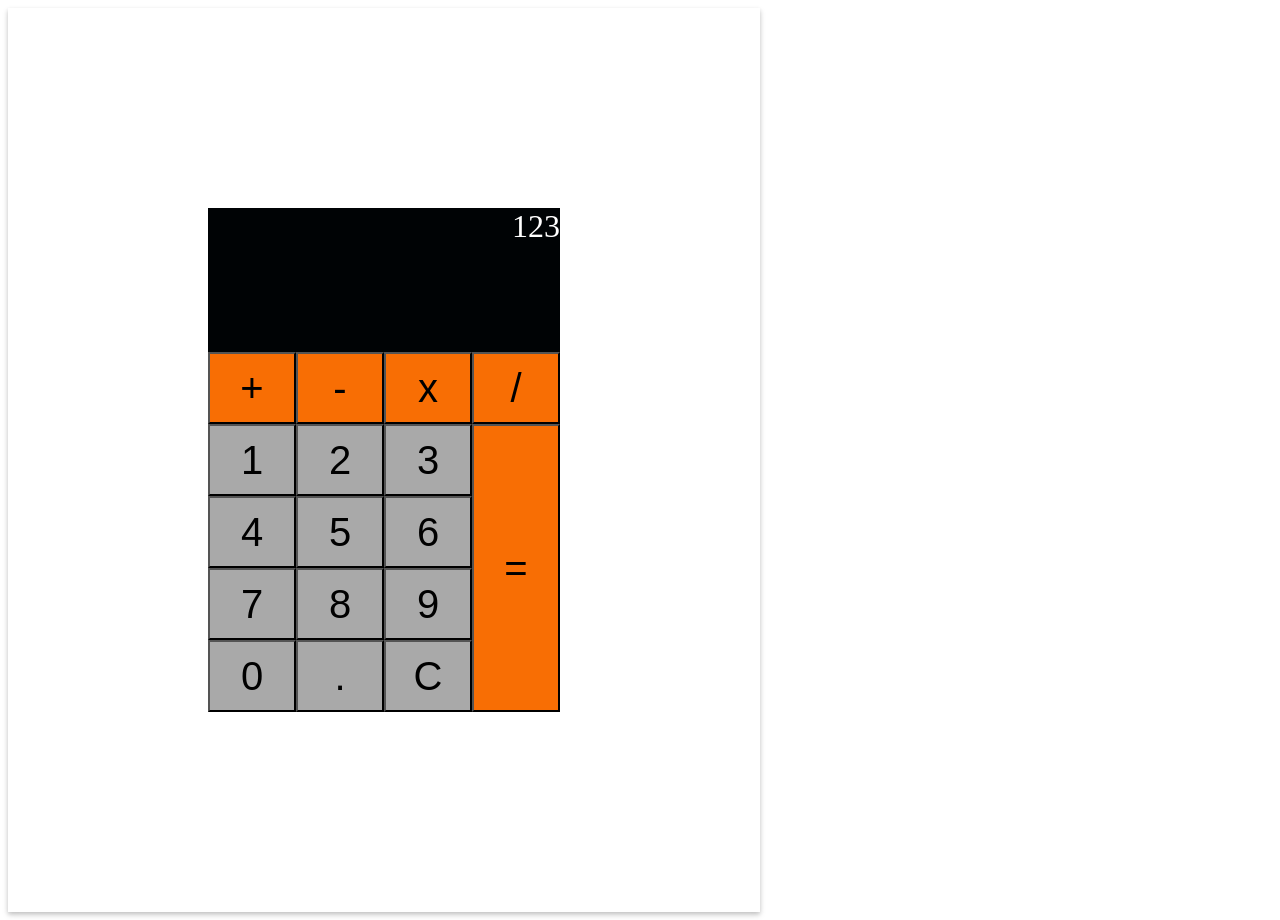
Repository: TEazy2433/LAB-calculator
Page: index.html
An editor plug-in stored every save of this project. The page is shown before and after the next save, followed by the edit.
The browser window is 1280 px wide. The pictures show the whole page.

Above is the page before, as saved 2023-10-14 11:46:40.

After the next save:
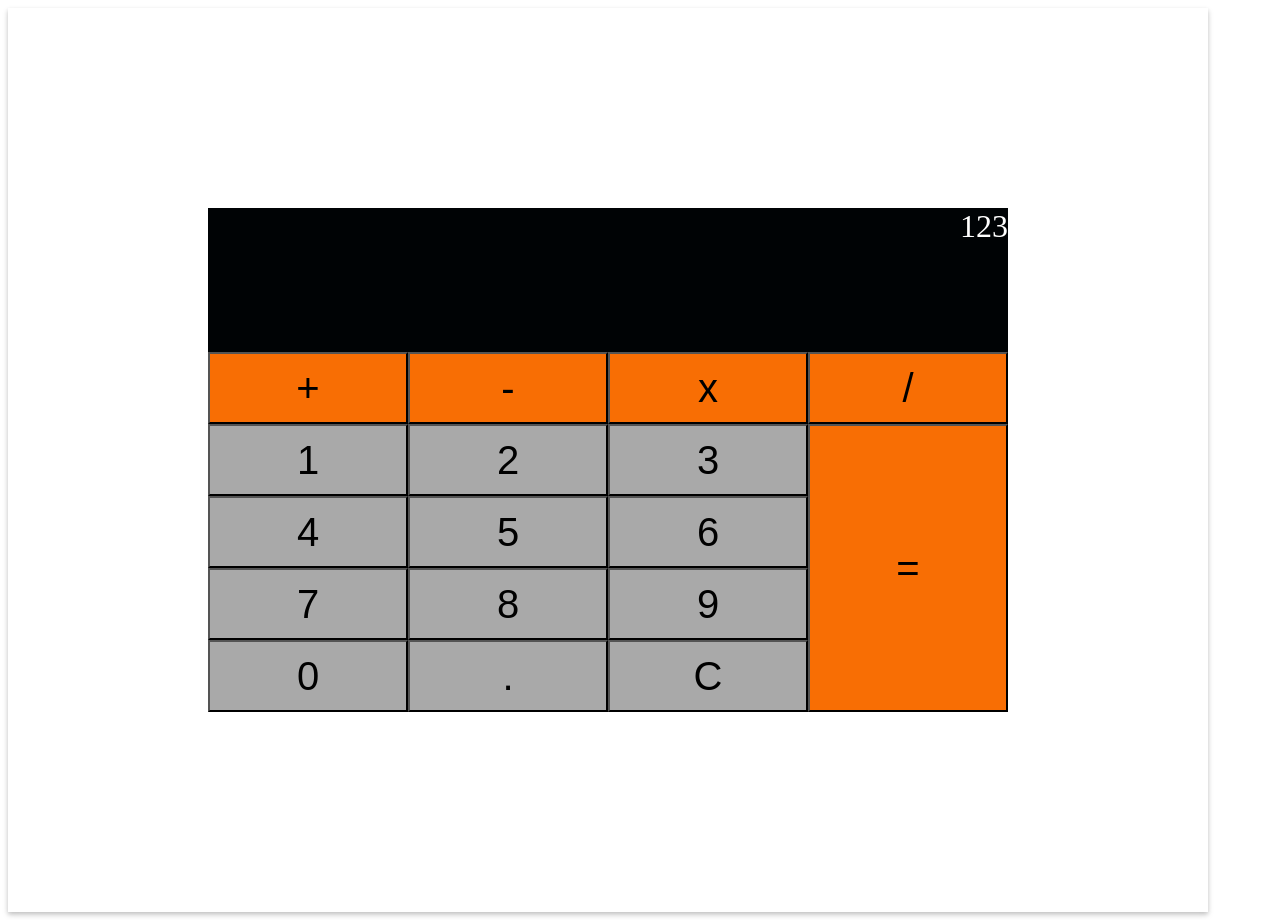
Saved 90 s later.
--- a/main.css
+++ b/main.css
@@ -1,6 +1,5 @@
 .calculator{
   overflow: hidden;
-  max-inline-size: 22rem;
   box-shadow: 0px 3px 6px 0px rgba(0, 0, 0, 0.15), 0px 2px 4px 0px rgba(0, 0, 0, 0.12);
   width: 800px;
   display: flex;
